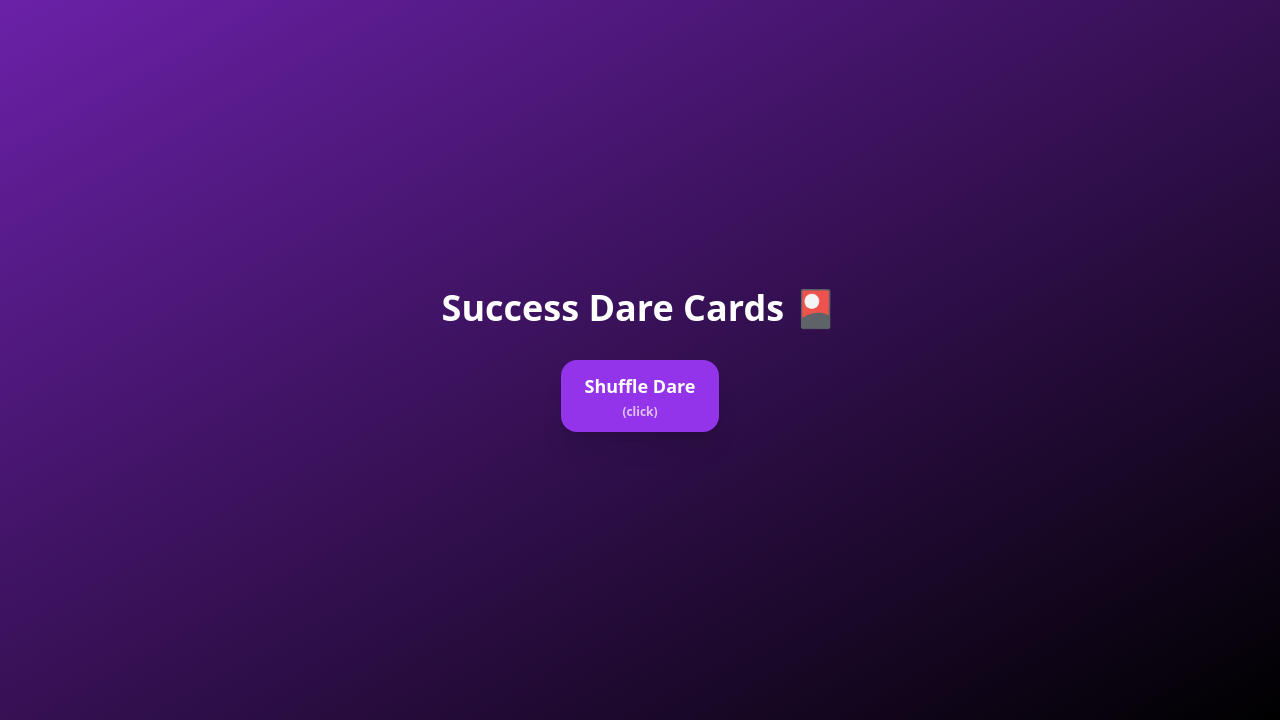
Repository: Thebilliontech/wheel-game
Page: /
The author's editor kept a copy of each file at every save. The page is drawn from the files as they stood at one save, then again after the next save.
The browser window is 1280 px wide. The pictures show the whole page.
The project was rebuilt for these pictures with package versions that can differ from the ones it lists, and the page was loaded fresh each time. Also part of the build but not shown: vite.config.js.

Above is the page before, as saved 2025-11-27 03:11:36.

After the next save:
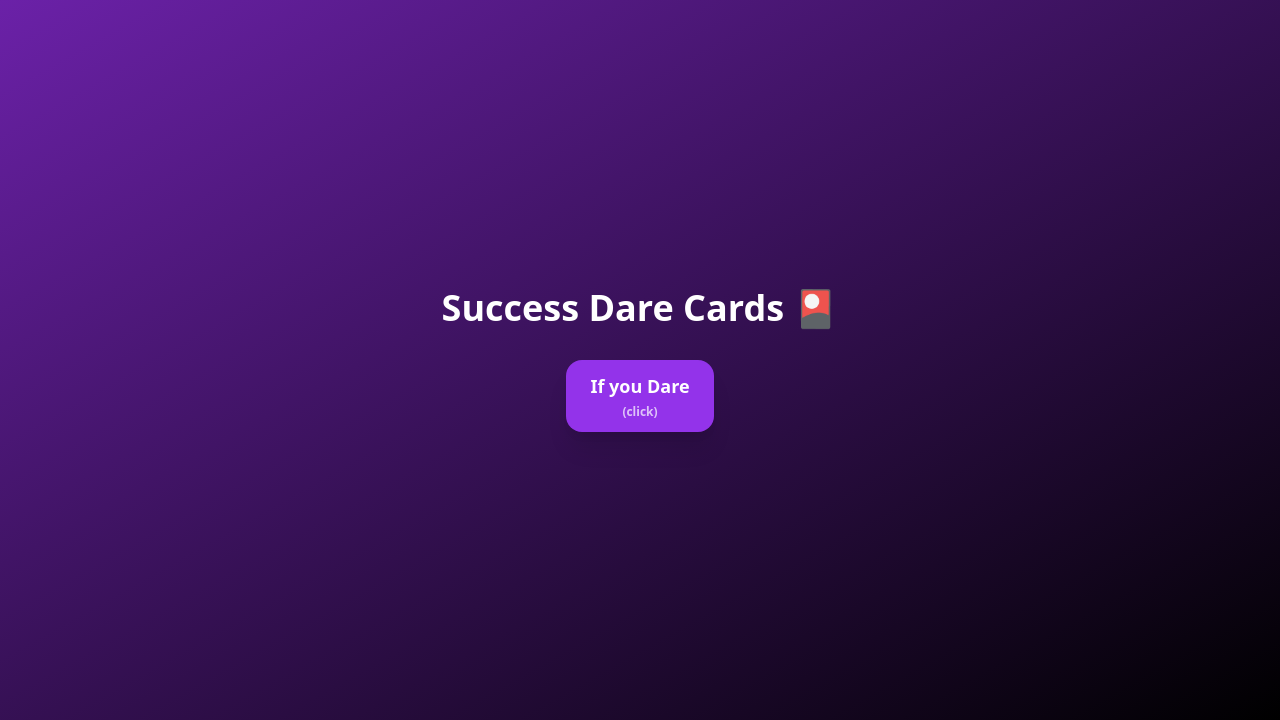
Saved 17 s later.
--- a/src/App.jsx
+++ b/src/App.jsx
@@ -140,7 +140,7 @@ export default function DareCardGame() {
         whileTap={{ scale: 0.95 }}
         className="bg-purple-600 hover:bg-purple-500 px-6 py-3 rounded-2xl shadow-xl text-lg font-semibold relative select-none"
       >
-        Shuffle Dare
+        If you Dare
         <span className="block text-xs mt-1 opacity-70">(click)</span>
       </motion.button>
 
